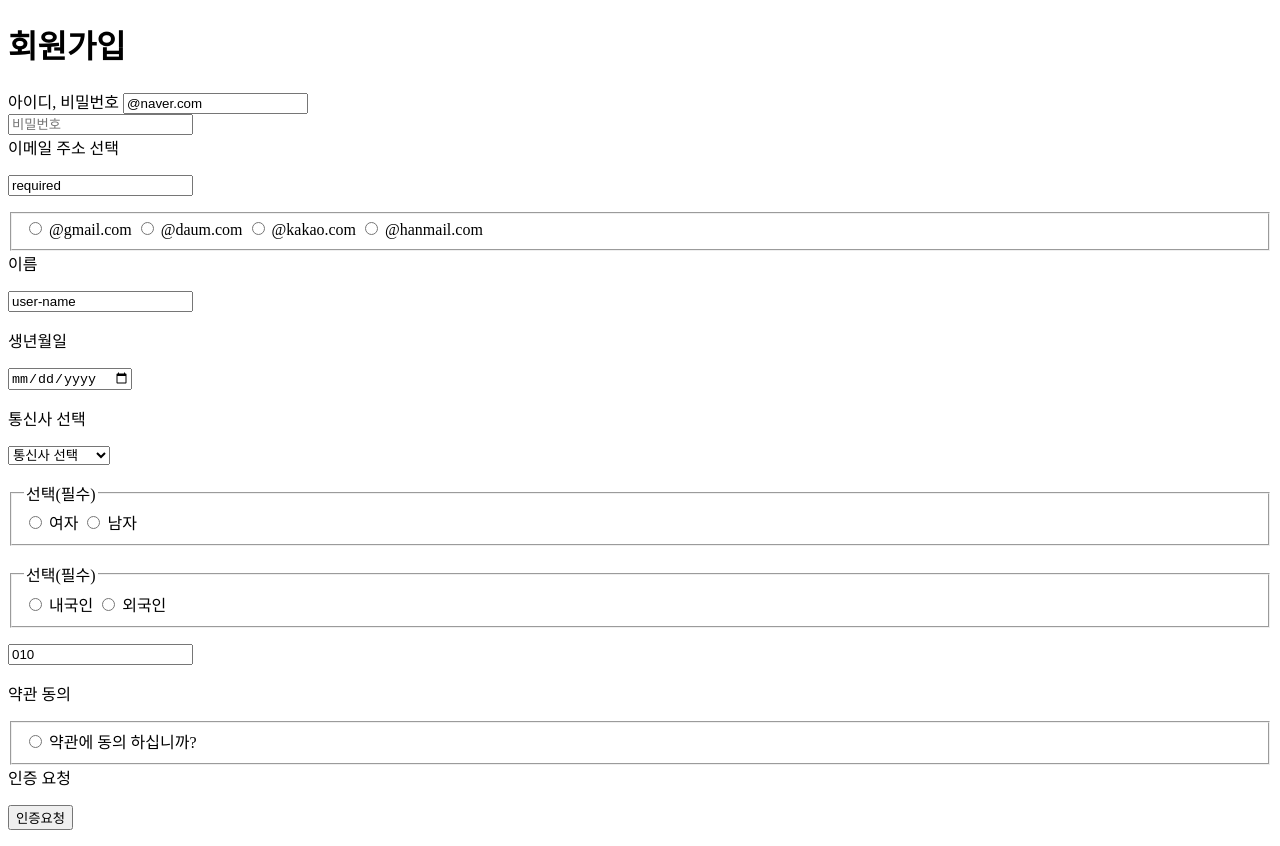
Repository: guswnsdldl/gb
Page: html workspace/h_form/src/main/webapp/join.html
These files come from the project's save history. The page is drawn as it stood at one moment and after the next save; the edit follows.
The browser window is 1280 px wide. The pictures show the whole page.

Above is the page before, as saved 2024-08-06 08:11:27.

After the next save:
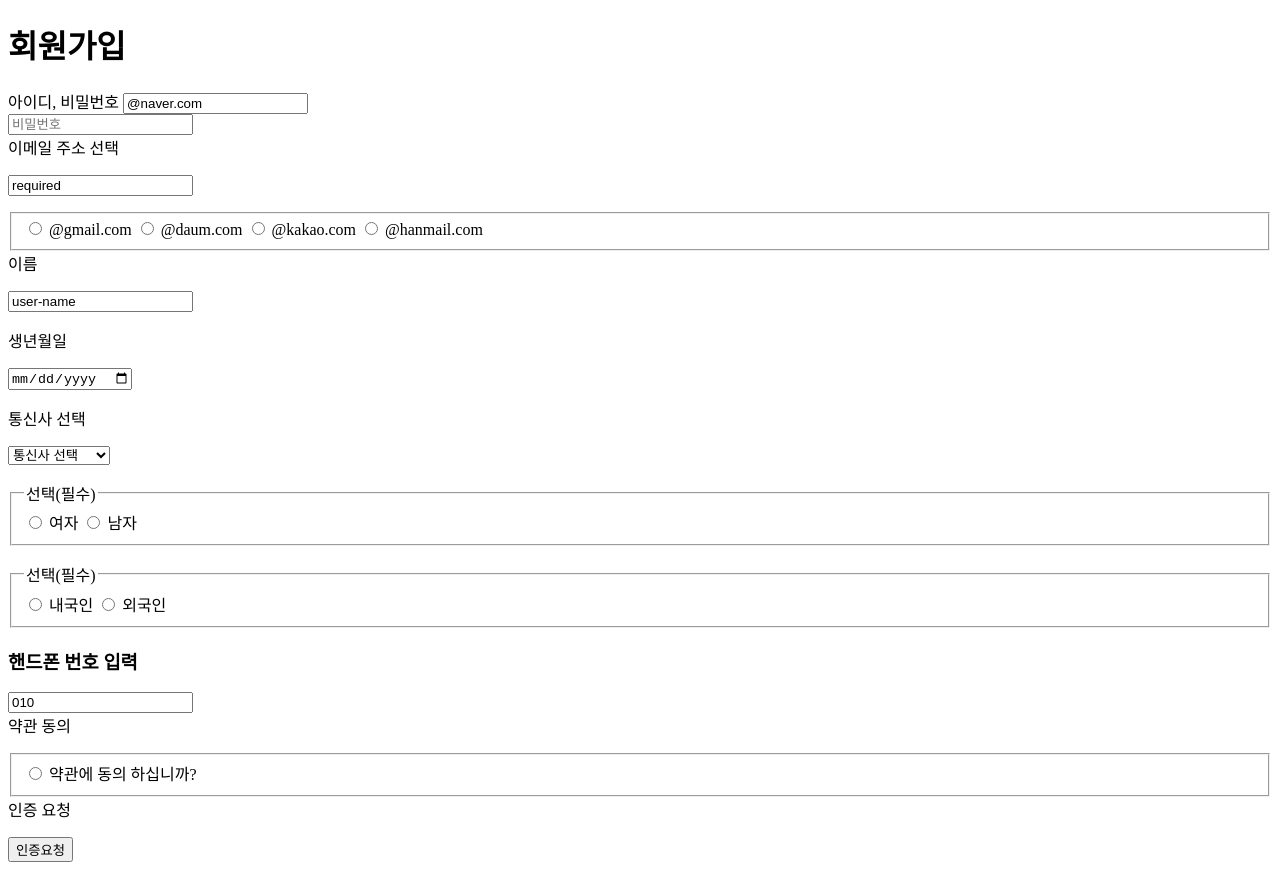
Saved 60 s later.
--- a/html workspace/h_form/src/main/webapp/join.html
+++ b/html workspace/h_form/src/main/webapp/join.html
@@ -63,7 +63,8 @@
       </fieldset>
 </div>
 <div>
-<p><input type="tel" name="user-telephone" placeholder="전화번호" value="010" required>
+<p><h3>핸드폰 번호 입력</h3>
+<input type="tel" name="user-telephone" placeholder="전화번호" value="010" required>
 </div>
 
 <div> 약관 동의
